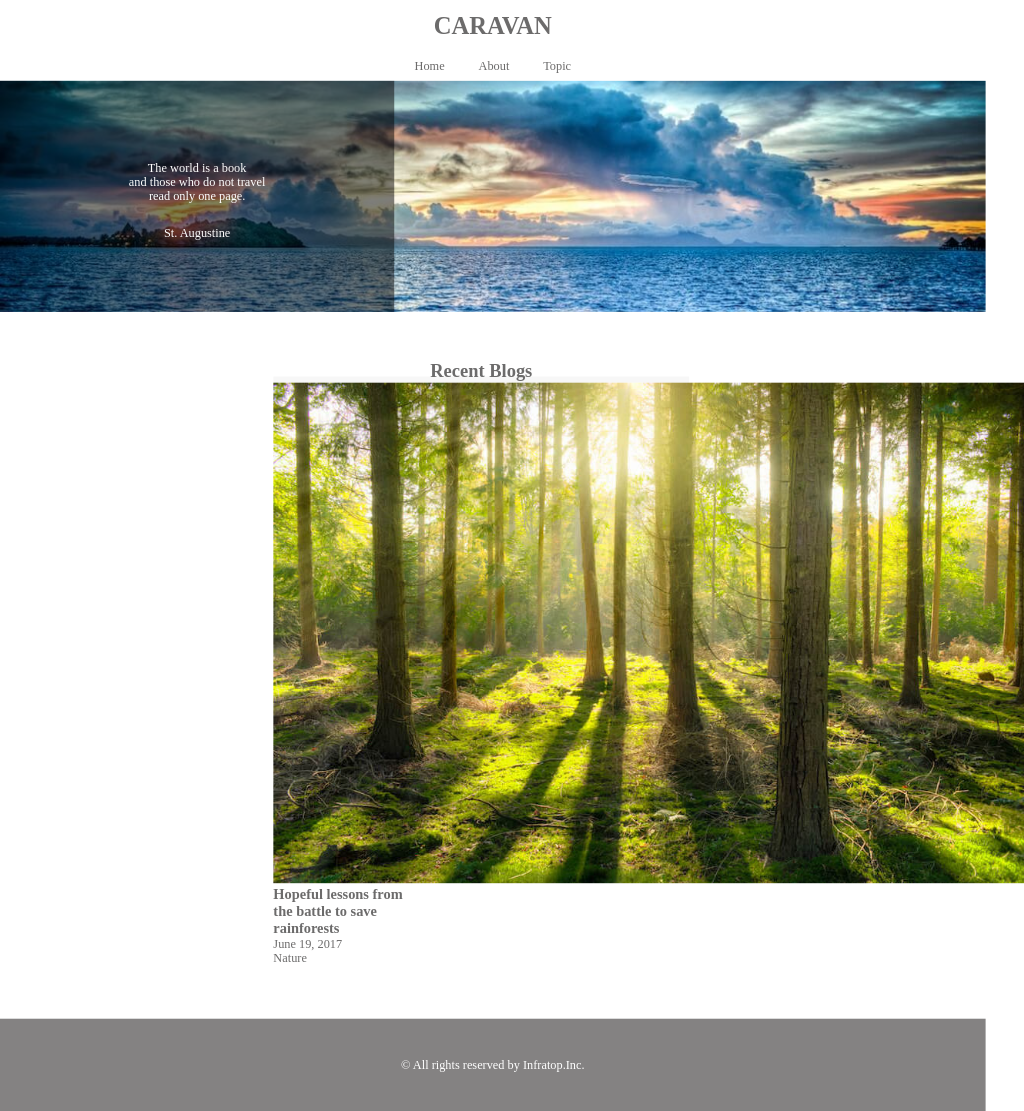
Repository: RAM-OK/git-practice
Page: caravan/index.html
The author's editor kept a record of every edit. The page is drawn from the files as they stood at one moment, then again after the next edit.
The browser window is 1280 px wide. The page is 1330 px wide, then 1280 px, so the pictures cover 1330 px, including what lies to the right of the window. The pictures show the whole page, at 77% of full size.

Above is the page before.

After the next edit:
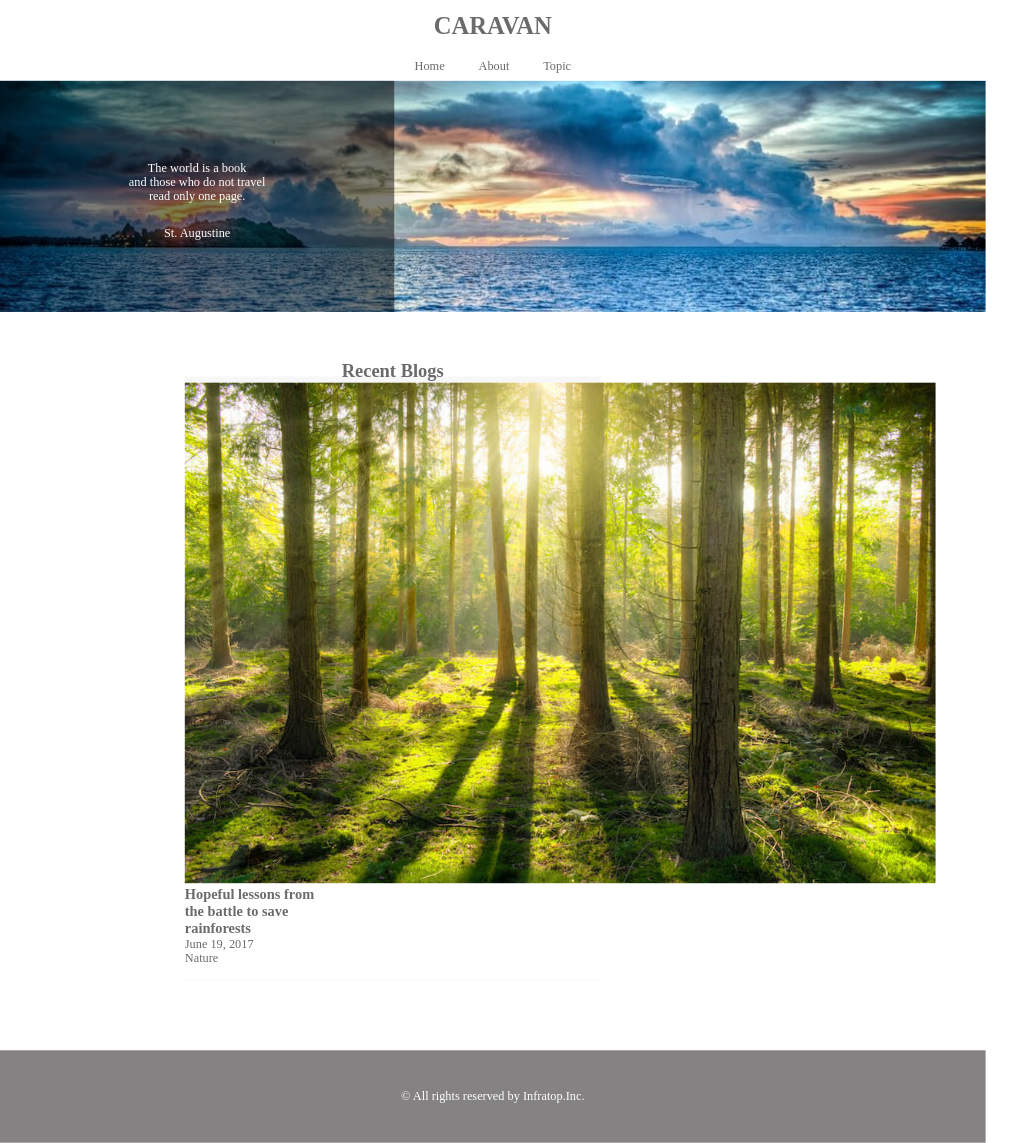
The edit:
--- a/caravan/style.css
+++ b/caravan/style.css
@@ -77,8 +77,14 @@
   line-height: 0.6;
 }
 
+.blog-item {
+  padding-bottom: 20px;
+  margin-bottom: 20px;
+  border-bottom: 1px solid #f7f7f7;
+}
+
 .sidebar {
-
+  width: 230px;
 }
 
 footer {
